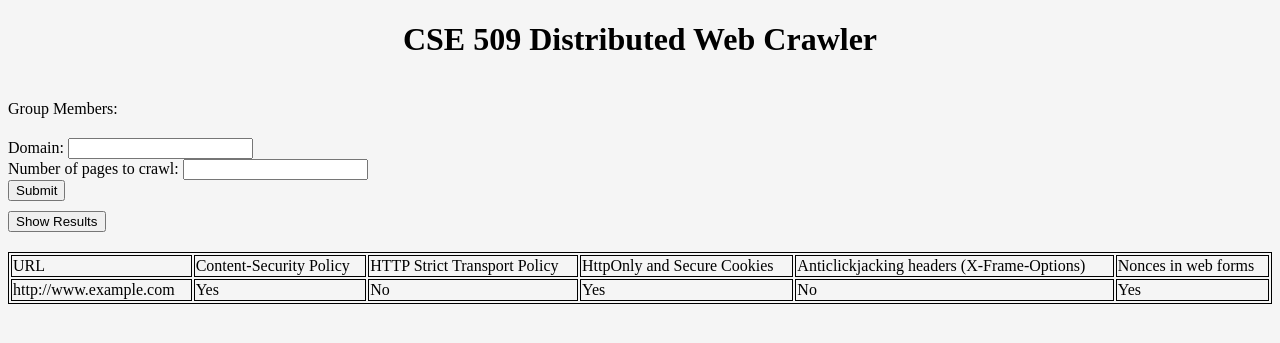
Repository: mfleish3/Crawler
Page: cse509/Crawling/WebContent/index.html
These files come from the project's save history. The page is drawn as it stood at one moment and after the next save; the edit follows.
The browser window is 1280 px wide. The pictures show the whole page.

Above is the page before, as saved 2015-11-07 22:02:42.

### cse509/Crawling/WebContent/index.html
<!DOCTYPE html>
<html>
	<head>
	  <title>Crawler Index Page</title>
	  <link rel="stylesheet" type="text/css" href="style/index.css">
	</head>
	<body>
		<div id="divProjectHeader">
			<h1 id="headerProject">CSE 509 Distributed Web Crawler</h1>
		</div>
	  <div>
	  	<div id="divGroup">
	  		<a>Group Members:</a>
	  		<a></a>
	  		<a></a>
	  		<a></a>
	  		<a></a>
	  		<a></a>
	  	</div>

	  	<div id="divInitialize">
	  		<form name="initializeForm" method="post" action="UserInput">
			  Domain: <input type="text" name="domainName"><br>
			  Number of pages to crawl: <input type="text" name="numberPages"><br>
			  <input type="submit" value="Submit">
			</form>
	  	</div>

	  	<div id="showResults">
	  		<button id="btnResults" type="button">Show Results</button>
	  	</div>

		  <div id="divTableMain">
		  	<table id="tableMain">
			  <tr>
			    <td>URL</td>
			    <td>Content-Security Policy</td>
			    <td>HTTP Strict Transport Policy</td>
			    <td>HttpOnly and Secure Cookies</td>
			    <td>Anticlickjacking headers (X-Frame-Options)</td>
			    <td>Nonces in web forms</td>
			  </tr>
			  <tr>
			    <td>http://www.example.com</td>
			    <td>Yes</td>
			    <td>No</td>
			    <td>Yes</td>
			    <td>No</td>
			    <td>Yes</td>
			  </tr>
			</table>
		  </div>
	  </div>
	</body>
</html>

### cse509/Crawling/WebContent/style/index.css
body {
	background-color: #F5F5F5;
}

#divTableMain {
	padding-top: 20px;
}

#tableMain {
	width: 100%;
	border: 1px solid black;
}

td {
	border: 1px solid black;
}

#divGroup {
	padding-top: 20px;
}

#divInitialize {
	padding-top: 20px;
}

#divProjectHeader {
	text-align: center;
	width: 100%;
}

#showResults {
	padding-top: 10px;
}

After the next save:
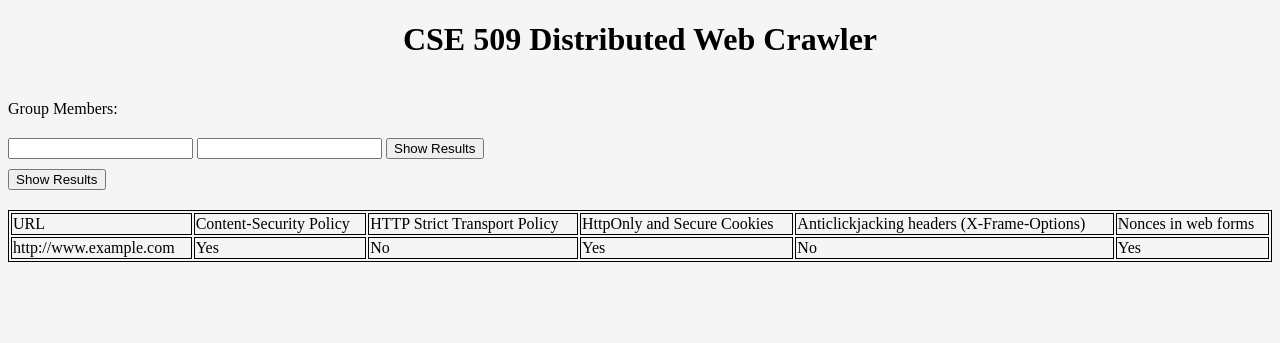
Saved 4 min 25 s later.
--- a/cse509/Crawling/WebContent/index.html
+++ b/cse509/Crawling/WebContent/index.html
@@ -19,11 +19,9 @@
 	  	</div>
 
 	  	<div id="divInitialize">
-	  		<form name="initializeForm" method="post" action="UserInput">
-			  Domain: <input type="text" name="domainName"><br>
-			  Number of pages to crawl: <input type="text" name="numberPages"><br>
-			  <input type="submit" value="Submit">
-			</form>
+	  		<input type="text" name="numberPages">
+	  		<input type="text" name="domainName">
+	  		<button id="btnResults" type="button">Show Results</button>
 	  	</div>
 
 	  	<div id="showResults">
